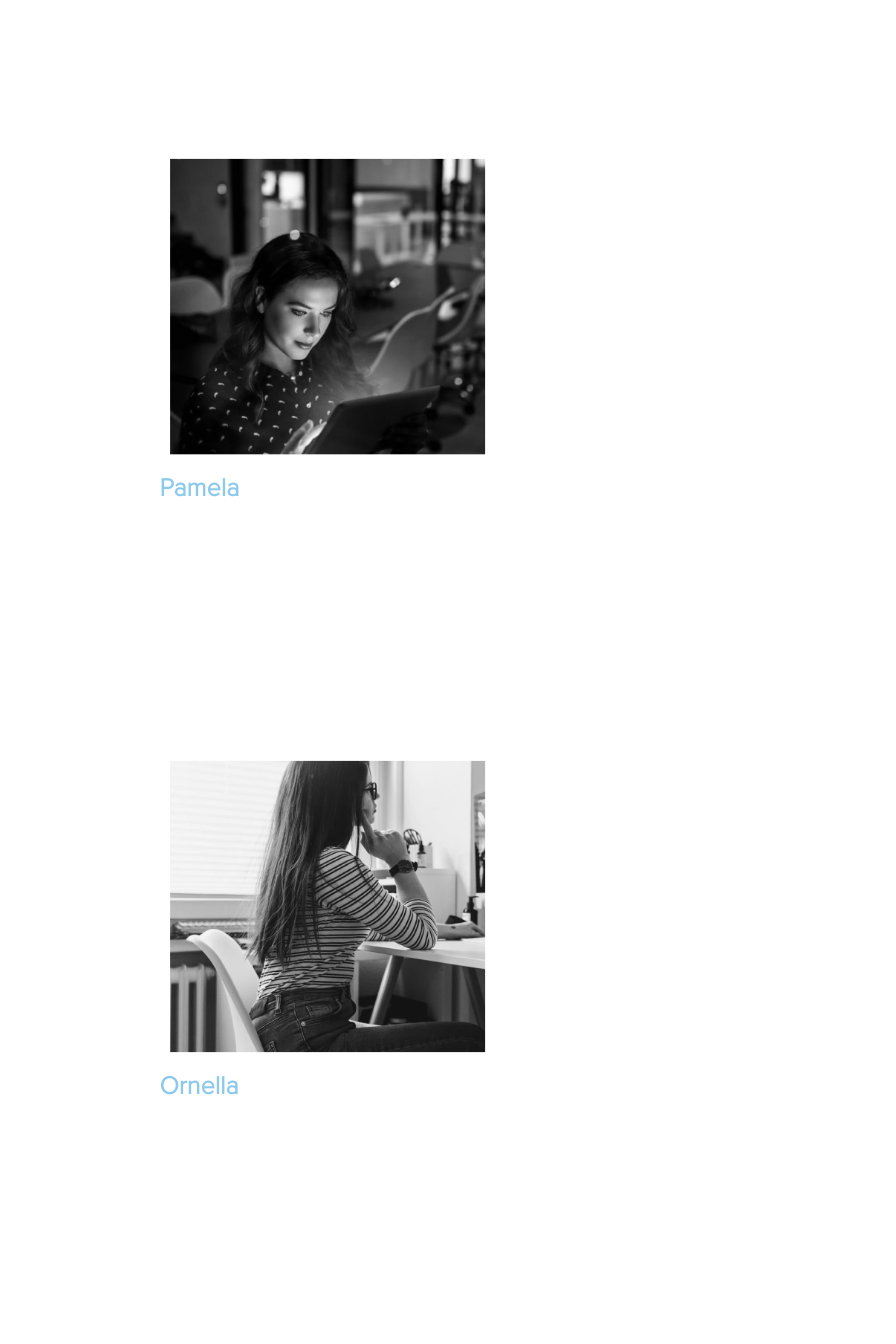
Repository: keloriane/debriefs
Page: /debriefs/a-propos
The author's editor kept a copy of each file at every save. The page is drawn from the files as they stood at one save, then again after a run of saves.
The browser window is 1280 px wide. The pictures show the part of the page from y = 810 to 2730 px (the page is 2751 px tall before and 2881 px after), at 70% of full size.
The project was rebuilt for these pictures with package versions that can differ from the ones it lists, and the page was loaded fresh each time. Also part of the build but not shown: src/components/Title/Title.jsx, src/components/page/Contact/Contact.jsx, src/components/Nav/Nav.jsx, src/components/page/Home/Home.jsx, src/components/page/Service/Services.jsx, src/components/page/Service/ServiceDetails.jsx, src/components/page/Webinaire/Webinaires.jsx, src/components/page/Techspace/Techspace.jsx and 7 more. Imported but missing from the stored project, and not drawn on this page: src/assets/video/video.mp4.

Above is the page before, as saved 2020-07-28 12:52:55.

### public/index.html
<!DOCTYPE html>
<html lang="en">
  <head>
    <meta charset="utf-8" />
    <link rel="icon" href="%PUBLIC_URL%/favicon.ico" />
    <meta name="viewport" content="width=device-width, initial-scale=1" />
    <meta name="theme-color" content="#000000" />
    <meta
      name="description"
      content="Web site created using create-react-app"
    />
    <link rel="apple-touch-icon" href="%PUBLIC_URL%/logo192.png" />
    <link href="https://fonts.googleapis.com/css2?family=Inter:wght@300;400;600;700&display=swap" rel="stylesheet">
    <link rel="manifest" href="%PUBLIC_URL%/manifest.json" />
    <title>React App</title>
  </head>
  <body>
    <noscript>You need to enable JavaScript to run this app.</noscript>
    <div id="root"></div>
  </body>
</html>

### src/App.scss

@import "./assets/style/module/variables.scss";
@import "./assets/style/module/breakpoints.scss";



h2, h3{
  font-family:$proxyL;
}
button{
  color: $white;
}
body,
html {
  user-select: none;
  background: $white;
  overscroll-behavior: none;
  margin: 0;
  font-family: "Proxima";
  -webkit-font-smoothing: antialiased;
  -moz-osx-font-smoothing: grayscale;
}

.container {
  width: 1560px;
  min-width: 1560px;
  margin: 0 auto;
  height: 100%;
  @include media("<=1560px") {
    width: 1280px;
    min-width: 1280px;
  }
  @include media("<=desktop") {
    width: 1080px;
    min-width: 1080px;
  }
  @include media("<=1080px") {
    width: 100%;
    min-width: 100%;
  }
  .row {
    display: flex;
    height: 95%;
    padding: 0 32px;
    @include media("<=phone") {
      padding: 0 16px;
    }
  }
  .v-center {
    align-items: center;
  }
  .space-between {
    justify-content: space-between;
  }
}
.intro-container{
  width: 100vw;
  height: 100vh;
  overflow: hidden;
  display: flex;
  align-items: center;
  justify-content: center;
  background: radial-gradient(80.27% 180.6% at 9.33% 71.2%, #0D0D0D 0%, #041D2C 100%);

}

#loader{
  width: 30vw;
}

path{
  overflow: hidden;
}

a{
  text-decoration: none;
}

.container-fluid {
  width: 95%;
  height: 100%;
  .row {
    display: flex;
    height: 95%;
  }

}
#page{
  background: radial-gradient(80.27% 180.6% at 9.33% 71.2%, #0D0D0D 0%, #020f18 100%);
  width: 100vw;
  height: 100vh;
  background-color: #fff;
  overflow: inherit;
  @include media('<=tablet'){
    height: 100%;
    width: 100%;
  }
}

*{
  padding: 0;
  margin: 0;

}

### src/components/page/Main/Main.jsx
import React from "react";
import "./main.scss";

import "./main.scss";

import { HomeB } from "../../BreadCrumbs/HomeB";

const Main = () => {

    const teams = [
        {
            id: 1,
            title: "Notre Equipe",
            image: `${require("./../../../assets/images/team.png")}`,
            about: "Notre agence est née de la passion de deux amies pour le digitale… Pamela Gerbino et Ornella Simba, fondatrices de l’agence Debrief. Nous avons décidé suites à nos transitions professionnelles respectives vers le digitale, de rassembler autour de nous les meilleures de nos collègues pour ensemble travailler et fournir des services qui répondraient à deux challenges que nous considérons cruciaux : 1. Lutte contre la fracture numérique par l’acquisition des compétences digitale et/ou technologique plus largement 2. La digitalisation des services et des métiers, par l’accompagnement des PME, indépendants, startups. Au travers de notre agence, nous souhaitons accompagner les entreprises, organismes publics, associations et indépendants tout au long de leurs projets digitales, en leurs permettant d’acquérir l’autonomie et la confiance nécessaire pour faire croître et sécuriser leurs activités et business."
        },
        {
            id: 2,
            title: "Pamela",
            image: `${require("./../../../assets/images/webinaires.png")}`,
            about: "Notre agence est née de la passion de deux amies pour le digitale… Pamela Gerbino et Ornella Simba, fondatrices de l’agence Debrief. Nous avons décidé suites à nos transitions professionnelles respectives vers le digitale, de rassembler autour de nous les meilleures de nos collègues pour ensemble travailler et fournir des services qui répondraient à deux challenges que nous considérons cruciaux : 1. Lutte contre la fracture numérique par l’acquisition des compétences digitale et/ou technologique plus largement 2. La digitalisation des services et des métiers, par l’accompagnement des PME, indépendants, startups. Au travers de notre agence, nous souhaitons accompagner les entreprises, organismes publics, associations et indépendants tout au long de leurs projets digitales, en leurs permettant d’acquérir l’autonomie et la confiance nécessaire pour faire croître et sécuriser leurs activités et business."
        },
        {
            id: 3,
            title: "Ornella",
            image: `${require("./../../../assets/images/articles.png")}`,
            about: "Notre agence est née de la passion de deux amies pour le digitale… Pamela Gerbino et Ornella Simba, fondatrices de l’agence Debrief. Nous avons décidé suites à nos transitions professionnelles respectives vers le digitale, de rassembler autour de nous les meilleures de nos collègues pour ensemble travailler et fournir des services qui répondraient à deux challenges que nous considérons cruciaux : 1. Lutte contre la fracture numérique par l’acquisition des compétences digitale et/ou technologique plus largement 2. La digitalisation des services et des métiers, par l’accompagnement des PME, indépendants, startups. Au travers de notre agence, nous souhaitons accompagner les entreprises, organismes publics, associations et indépendants tout au long de leurs projets digitales, en leurs permettant d’acquérir l’autonomie et la confiance nécessaire pour faire croître et sécuriser leurs activités et business."
        }
    ]


    return (
        <>
        <div id="main-about-page">
            <div className="logo-content-about">
                <HomeB />
            </div>
            <div className="about-media-content">
                <div className="title-content">
                    <h2>NOTRE EQUIPE</h2>
                    <div className="underline"></div>
                </div>
                {  teams.map((team) => (
                    <div className="team-content">
                <div className="image-container">
                    <img src={team.image} alt="" />
                </div>

            <div className="about-text-content">
                <h3 className="about-title">{team.title}</h3>
                <div className="underline-about"></div>
                <p className="about-text">
                   {team.about}
                </p>
            </div>
            </div>
                ))
                }
                </div>
        <button>
            next
        </button>
        </div>
        </>
    )
}
export default Main;

### src/components/page/Footer/Footer.jsx
import React from "react";
import "./footer.scss"

const Footer = () => {
    return (
        <div id="footer">
            <div className="logo-footer">


            </div>
            <div className="links">
            <a href="politique de fonidentialité pdf">politique de confidentialité</a>

            </div>
        </div>
    )
}
export default Footer;

### src/assets/style/module/variables.scss
$white:#ffffff;
$lBlue:#8CCAED;
$dBlue:#041D2C;
$gradient: radial-gradient(80.27% 180.6% at 9.33% 71.2%, #041d2c 0%, #020f18 100%);
$gradientInner: radial-gradient(80.27% 180.6% at 9.33% 71.2%, #041B28 0%, #03141F 100%);
$proxy: "Proxima";
$proxyB: "Proxima-bold";
$proxyL: "Proxima-light";


@font-face {
    font-family: "Proxima";
    src: url("./../../fonts/ProximaNova-Regular.otf") format("opentype"),


}

@font-face {
    font-family: "Proxima-bold";
    src: url("./../../fonts/ProximaNova-Bold.otf") format("opentype"),
}
@font-face {
    font-family: "Proxima-light";
    src: url("./../../fonts/ProximaNova-Light.otf") format("opentype"),
}

### src/components/page/Main/main.scss
//head
@import "./../../../assets/style/module/variables.scss";
@import "./../../../assets/style/module/breakpoints.scss";

.logo-content-about{
  svg{

    @include media("<=1365px"){
      display: none;
    }
  }
}


#main-about-page {
  display: flex;
  color: $white;
  justify-content: space-around;
  width: 95vw;
  height: 100vh;
  align-items: center;
  background: $gradient;
  flex-wrap: wrap;
  @include media("<=tablet"){
    height: 100%;
  }
  .about-media-content{
    display: flex;
    flex-flow: column;
    height: 490px;
    justify-content: space-around;
    .image-container{
      margin-left: 40px;
      @include media("<=tablet"){
        margin-left: 0;
      }
      img{
        width: 100%;
        max-width: 450px;
      }
    }

    h2 {
      font-size: 52px;
      line-height: 63px;
      color: #FFFFFF;
      @include media("<=tablet"){
        font-size: 4vw;
      }
    }

  }



  .about-text-content {
    max-width: 700px;
    width: 100%;
    padding:25px;
    p{
      text-align: justify;
    }

    .underline-about {
      width: 100%;
      max-width: 300px;
      border: .5px solid #FFFFFF;
    }

    .about-title {
      font-weight: 600;
      font-size: 36px;
      line-height: 45px;

      color: $lBlue;
    }

    .about-text {
      margin-top: 50px;
      font-weight: 600;
      font-size: 17px;
      line-height: 154.3%;
      /* or 25px */


      color: #FFFFFF;

    }
  }

}

### src/components/Cursor/cursor.scss
@import "./../../assets//style/module/easing.scss";
@function rem($pixel) {
    @return $pixel/16+rem;
}
$desktop: 1920px;
.c-cursor {
    height: rem(18);
    position: fixed;
    left: rem(-9);
    top: rem(-9);
    z-index: 9;
    width: rem(18);
    display: flex;
    justify-content: center;
    align-items: center;
    transition: 1s cubic-bezier(0.19, 1, 0.22, 1);
    pointer-events: none;
    backface-visibility: hidden;
    mix-blend-mode: difference;
    &:before {
        // border: 1px solid hsla(0, 0%, 83%, 1);
        background-color: #ffffff;
        border-radius: 50%;
        height: 100%;
        content: "";
        width: 100%;
        position: absolute;
        left: 0;
        top: 0;
        mix-blend-mode: difference;
        .is-hover & {
            mix-blend-mode: difference;
            transform: scale(2.5);
            transition: all 0.3s $easeOutQuad;
        }
    }
}

button {
    height: 40px;
    width: 60px;
}

#box-css {
    animation: slidein 20s infinite;
}

@keyframes slidein {
    from {
        transform: translateX(-500px);
    }
    to {
        transform: translateX(1000px);
    }
}

#inner-cursor {
    height: 10px;
    position: fixed;
    z-index: 10;
    width: 10px;
    display: flex;
    left: -0.25rem;
    top: -0.25rem;
    justify-content: center;
    align-items: center;
    background-color: #85C3E6;
    border-radius: 100%;
    pointer-events: none;
    &:before {
        background-color: #85C3E6;
        border-radius: 50%;
        height: 100%;
        width: 100%;
        position: absolute;
        left: 10;
        top: 10;
        .is-hover & {
            border: 1px solid hsla(274, 100%, 50%, 1);
            transform: scale(2.5);
        }
    }
}

### src/components/page/Service/services.scss
@import "./../../../assets//style//module/variables.scss";
@import "./../../../assets//style//module/breakpoints.scss";
#services {
  background: $gradient;
  width: 95vw;
  height: 100vh;
  display: flex;
  align-items: center;
  .logo-bread{
    margin-left: 40px;
  }
  .logo-layer{
    margin-left: 50px;
  }
  @include media('<=652px'){
    height: 100%;
  }
  @include media('<=phone'){
    height: 100%;
    width: 320px;
    margin: 0 auto;
    background:none;
  }

  .service-container {
    margin: 0 auto;
  }
  .title-service {
    max-width: 409px;
    height: 88px;
    h2 {
      font-family: "Proxima";
      font-style: normal;
      font-weight: 600;
      font-size: 52px;
      line-height: 63px;
      color: #ffffff;
      text-transform: uppercase;
    }
  }
  .services-grid {
    width: 100%;
    max-width: 800px;
    margin: 0 auto;
    display: flex;

    flex-wrap: wrap;
    justify-content: space-around;
    align-items: center;
    @include media('<=phone'){
      height: 100%;
      width: 320px;
      margin: 0 auto;
    }

    .service-item {
      width: 310px;
      height: 165px;
      display: flex;
      flex-flow: column;
      justify-content: space-around;
      margin-top: 45px;
      .number {
        align-self: flex-end;
      }
      .headline-service {
        display: flex;
        justify-content: space-between;
        h3 {
          font-style: normal;
          font-weight: bold;
          font-size: 21px;
          line-height: 26px;
          color: #ffffff;
        }
      }
      p {
        font-family: "Proxima";
        font-style: normal;
        font-weight: 500;
        font-size: 18px;
        line-height: 22px;

        color: #fcfcfc;
      }
      .underline-service {
        width: 269px;
        border: 0.5px solid white;
      }
    }
  }
}

### src/components/MenuBox/menu.scss
@import "./../../assets/style/module/variables.scss";

  .menu-box {
    width: 100%;
    height: 100vh;
    overflow: hidden;
    position: fixed;
    display: grid;
    top: 0;
    left: 0;
    grid-template-columns: 20% 30% 50%;
    grid-template-rows: 60% 40%;
    grid-template-areas:
      "item3 item2 item1"
      "item4 item4 item1";
    z-index: 0;
    display:grid;
      .menu__item {
          overflow: hidden;

          &.menu__item1 {

              background: $dBlue;
              grid-area: item1;
              transform: translateY(-100%);
            }
            &.menu__item2 {
                background: $dBlue;

                transform: translateX(-170%);
                grid-area: item2;
            }
            &.menu__item3 {
                background: $white;

                transform: translateX(-100%);
                grid-area: item3;
            }
            &.menu__item4 {
                background: $lBlue;
                grid-area: item4;
                transform: translateX(-100%);

            }
            &.menu__item5 {
                background: $white;
                grid-area: item5;



            }
        }

      .menu__item-inner {
        display: flex;
        flex-direction: column;

        align-items: center;
        height: 100%;
        a {
          font-size: 2vw;
          overflow: visible;
          margin: 0.5rem 0;
          padding: 0 0.5rem;
          position: relative;
          transition: color 0.3s;
          color: $white;
          &:hover{
              color: $lBlue;
          }

        }
      }
    }




// .menu-box {
//     text-align: center;
//     width: 100%;
//     height: 100vh;
//     overflow: hidden;
//     position: fixed;
//     top: 0;
//     left: 0;
//     z-index: 200;
//     display: grid;
//     grid-template-columns: 100%;
//     grid-template-rows: repeat(3,33.33%);
//     pointer-events: none;
// }

### src/components/page/Footer/footer.scss
@import "./../../../assets/style/module/variables.scss";

#footer{
    height: 50px;
    border-top: 1px solid rgba(133, 195, 230, 0.31);
    position: fixed;
    bottom: 0;
    width: 100%;
    background: $gradient;
    padding: 10px;
    display: flex;
    justify-content: space-around;
    a{
        color: white;
    }
    img{
        width: 60px;
    }
}

### src/components/page/Dcg/dcg.scss
@import "./../../../assets/style/module/variables.scss";
@import "./../../../assets/style/module/breakpoints.scss";

#digital-career-center {
  width: 95vw;
  height: 100vh;
  background-color: $white;
  .inner-container {
    display: flex;
    max-width: 1280px;
    width: 100%;
    height: 100%;
    justify-content: space-around;
    align-items: center;
    flex-flow: wrap;
    margin: 0 auto;
    .dcg-image-container {
      .inner-image {
        max-width: 589px;
        width: 100%;
        height: 366px;
        position: relative;
      }
      .inner-image {
          .bus{
            position: absolute;
            bottom: -61px;
            right: -20px;
          }
      }
    }
    .inner-text-content {
      .title-back-layer {
        position: absolute;
        left: 29%;
        background-color: $dBlue;
        height: 50px;
        display: flex;
        align-items: center;
        margin-bottom: 20px;
        top: 31%;
        // width: 272px;
        padding: 10px;
        overflow: hidden;
        h2 {
          text-transform: uppercase;
          color: $white;
          font-size: 45px;
        }
        @include media("<=tablet") {
          position: relative;
          display: block;
          left: 0;
          top: 0;
        }
      }
      .text-inner-content {
        width: 100%;
        max-width: 616px;
        margin-top: 50px;
        p {
          font-weight: 300;
          font-size: 16px;
          line-height: 175.9%;
          /* or 28px */

          text-align: justify;
          letter-spacing: 0.05em;
        }
      }
    }
  }
}

### src/components/Title/title.scss
@import "./../../assets/style/module/variables.scss";
@import "./../../assets/style/module/breakpoints.scss";
.title-container{
    display: flex;
    flex-flow: column;
    justify-content: space-around;

    h2{
        font-size: 52px;
        color: white;
        @include media('<=phone'){

            margin: 0 auto;
            font-size: 20px;

          }
    }
    .underline{

        width: 100%;
        max-width: 340px;
    }


}

### src/components/Nav/nav.scss
@import "./../../assets/style/module/variables.scss";
.home-nav {
    ul {
        display: flex;
        justify-content: space-around;
        align-items: center;

        li {
            list-style: none;

            a {
                font-family: "Proxima";
                font-style: normal;
                font-weight: bold;
                font-size: 18px;
                line-height: 175.9%;
                /* or 32px */
                text-align: center;
                letter-spacing: 0.05em;
                color: $white;
                text-transform: uppercase;
                text-decoration: none;
            }

            button {
                position: relative;
                width: 169px;
                height: 49px;
                border: 1px solid $white;
                box-sizing: border-box;
                background: none;
                text-transform: uppercase;
                font-weight: bold;
                    color: $white;

            }
        }
    }
}

### src/assets/style/module/easing.scss
$linear: cubic-bezier(0.250, 0.250, 0.750, 0.750);
$ease: cubic-bezier(0.250, 0.100, 0.250, 1.000);
$ease-in: cubic-bezier(0.420, 0.000, 1.000, 1.000);
$ease-out: cubic-bezier(0.000, 0.000, 0.580, 1.000);
$ease-in-out: cubic-bezier(0.420, 0.000, 0.580, 1.000);
$easeInQuad: cubic-bezier(0.550, 0.085, 0.680, 0.530);
$easeInCubic: cubic-bezier(0.550, 0.055, 0.675, 0.190);
$easeInQuart: cubic-bezier(0.895, 0.030, 0.685, 0.220);
$easeInQuint: cubic-bezier(0.755, 0.050, 0.855, 0.060);
$easeInSine: cubic-bezier(0.470, 0.000, 0.745, 0.715);
$easeInExpo: cubic-bezier(0.950, 0.050, 0.795, 0.035);
$easeInCirc: cubic-bezier(0.600, 0.040, 0.980, 0.335);
$easeInBack: cubic-bezier(0.600, -0.280, 0.735, 0.045);
$easeOutQuad: cubic-bezier(0.250, 0.460, 0.450, 0.940);
$easeOutCubic: cubic-bezier(0.215, 0.610, 0.355, 1.000);
$easeOutQuart: cubic-bezier(0.165, 0.840, 0.440, 1.000);
$easeOutQuint: cubic-bezier(0.230, 1.000, 0.320, 1.000);
$easeOutSine: cubic-bezier(0.390, 0.575, 0.565, 1.000);
$easeOutExpo: cubic-bezier(0.190, 1.000, 0.220, 1.000);
$easeOutCirc: cubic-bezier(0.075, 0.820, 0.165, 1.000);
$easeOutBack: cubic-bezier(0.175, 0.885, 0.320, 1.275);
$easeInOutQuad: cubic-bezier(0.455, 0.030, 0.515, 0.955);
$easeInOutCubic: cubic-bezier(0.645, 0.045, 0.355, 1.000);
$easeInOutQuart: cubic-bezier(0.770, 0.000, 0.175, 1.000);
$easeInOutQuint: cubic-bezier(0.860, 0.000, 0.070, 1.000);
$easeInOutSine: cubic-bezier(0.445, 0.050, 0.550, 0.950);
$easeInOutExpo: cubic-bezier(1.000, 0.000, 0.000, 1.000);
$easeInOutCirc: cubic-bezier(0.785, 0.135, 0.150, 0.860);
$easeInOutBack: cubic-bezier(0.680, -0.550, 0.265, 1.550);

Loaded but not shown: src/index.js (common file); src/index.css (common file); src/serviceWorker.js (common file); src/App.js (104 lines, source omitted); src/functions/Animation.js (104 lines, source omitted); src/components/Cursor/Cursor.js (55 lines, source omitted); src/components/Loader/Loader.jsx (42 lines, source omitted); src/components/page/Home/home.scss (379 lines, source omitted); src/assets/style/module/breakpoints.scss (329 lines, source omitted); src/view/Menu/Menu.jsx (127 lines, source omitted); src/components/page/Service/ServiceDetails.scss (230 lines, source omitted); src/components/Header/Header.jsx (138 lines, source omitted); src/components/page/Contact/contact.scss (182 lines, source omitted); src/view/Menu/menu.scss (184 lines, source omitted); src/components/BreadCrumbs/HomeB.jsx (51 lines, source omitted); src/components/Header/header.scss (103 lines, source omitted); src/components/page/Techspace/techspace.scss (155 lines, source omitted); src/components/page/Webinaire/webinaires.scss (103 lines, source omitted); src/components/page/Blog/Blog.scss (83 lines, source omitted)

After the next 2 saves:
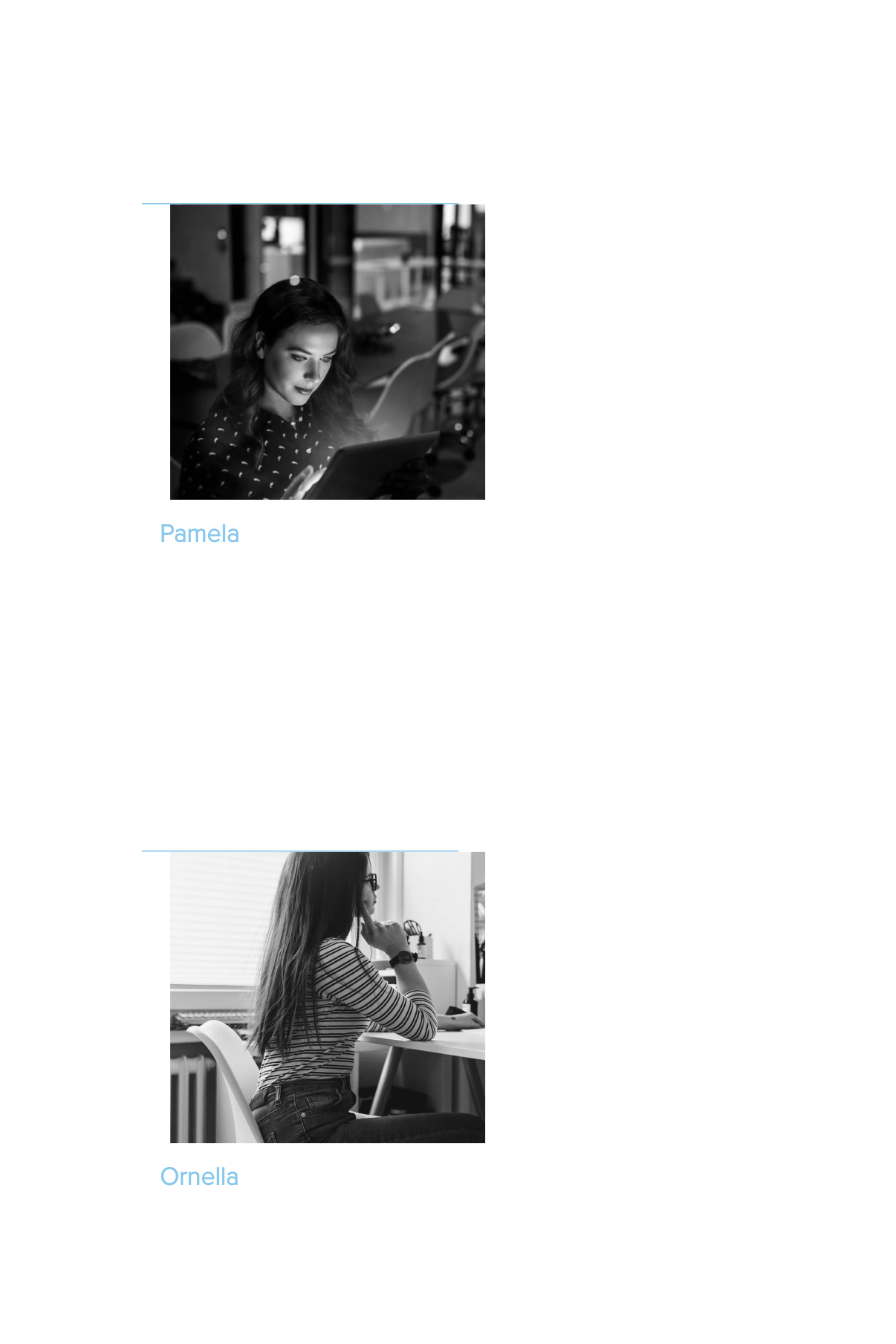
The 2 saves are shown as one change because 1 did not build or start.
The last was saved 17 s later.
--- a/src/components/page/Main/Main.jsx
+++ b/src/components/page/Main/Main.jsx
@@ -36,12 +36,12 @@
                 <HomeB />
             </div>
             <div className="about-media-content">
+                {  teams.map((team) => (
+                    <div className="team-content">
                 <div className="title-content">
                     <h2>NOTRE EQUIPE</h2>
                     <div className="underline"></div>
                 </div>
-                {  teams.map((team) => (
-                    <div className="team-content">
                 <div className="image-container">
                     <img src={team.image} alt="" />
                 </div>
